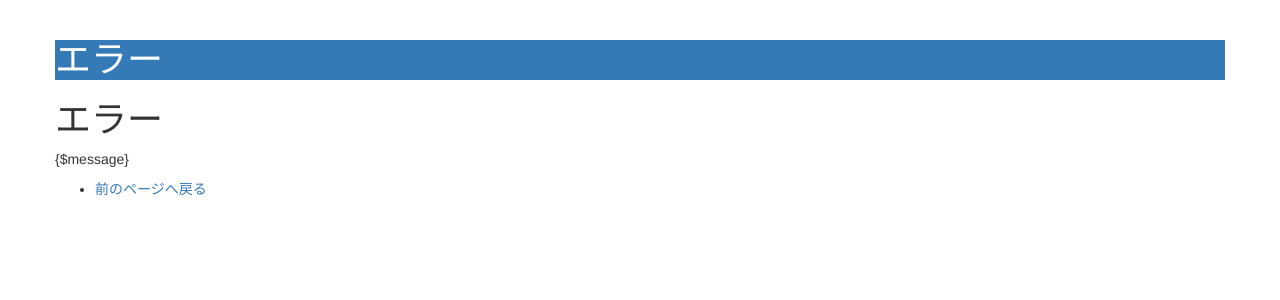
Repository: misakitaro/news-php-20160704-cl9
Page: templates/error.html
The author's editor kept a record of every edit. The page is drawn from the files as they stood at one moment, then again after the next edit.
The browser window is 1280 px wide. The pictures show the whole page.

Above is the page before.

### templates/error.html
<html>
<head>
<meta http-equiv="Content-Type" content="text/html; charset=utf-8" />
  <meta http-equiv="Content-Type" content="text/html; charset=utf-8" />
  <!-- Latest compiled and minified CSS -->
  <link rel="stylesheet" href="https://maxcdn.bootstrapcdn.com/bootstrap/3.3.6/css/bootstrap.min.css" integrity="sha384-1q8mTJOASx8j1Au+a5WDVnPi2lkFfwwEAa8hDDdjZlpLegxhjVME1fgjWPGmkzs7" crossorigin="anonymous">
  <!-- Optional theme -->
  <link rel="stylesheet" href="https://maxcdn.bootstrapcdn.com/bootstrap/3.3.6/css/bootstrap-theme.min.css" integrity="sha384-fLW2N01lMqjakBkx3l/M9EahuwpSfeNvV63J5ezn3uZzapT0u7EYsXMjQV+0En5r" crossorigin="anonymous">

<title>ニュース</title>
</head>
<body>
      <div class="container" style="padding:20px 0">
    <!-- タイトル -->
    <h1 class="bg-primary">エラー</h1>

<h1>エラー</h1>
<p>{$message}</p>
<ul>
  <li><a href="javascript:history.back();">前のページへ戻る</a></li>
</ul>

  <!-- jquery -->
  <script src="http://code.jquery.com/jquery.js"></script>
  <!-- Latest compiled and minified JavaScript -->
  <script src="https://maxcdn.bootstrapcdn.com/bootstrap/3.3.6/js/bootstrap.min.js" integrity="sha384-0mSbJDEHialfmuBBQP6A4Qrprq5OVfW37PRR3j5ELqxss1yVqOtnepnHVP9aJ7xS" crossorigin="anonymous"></script>

</body>
</html>

After the next edit:
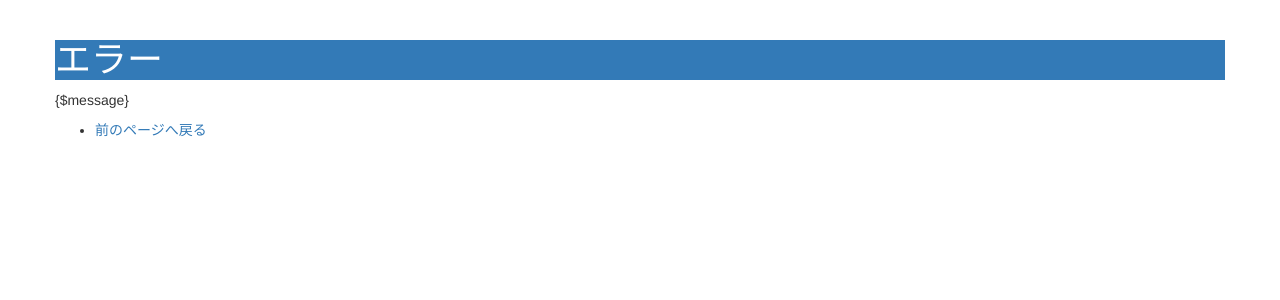
The edit:
--- a/templates/error.html
+++ b/templates/error.html
@@ -14,7 +14,6 @@
     <!-- タイトル -->
     <h1 class="bg-primary">エラー</h1>
 
-<h1>エラー</h1>
 <p>{$message}</p>
 <ul>
   <li><a href="javascript:history.back();">前のページへ戻る</a></li>
